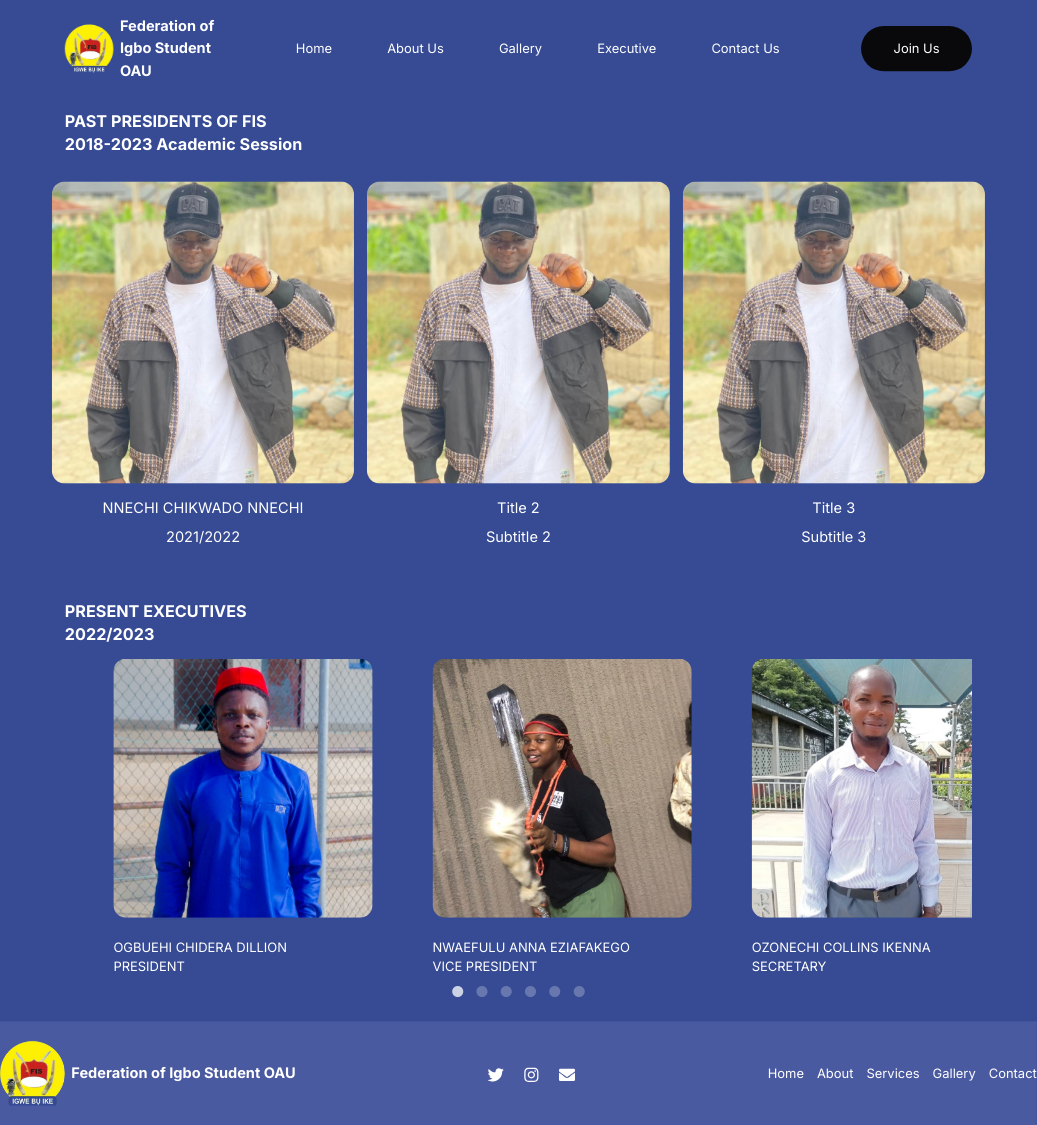
Repository: akinolapo/fis
Page: /executive
An editor plug-in stored every save of this project. The page is shown before and after the next save, followed by the edit.
The browser window is 1280 px wide. The pictures show the whole page, at 81% of full size.
The project was rebuilt for these pictures with package versions that can differ from the ones it lists, and the page was loaded fresh each time. The framework's server and built-in components were replaced by stand-ins that run in the browser. Also part of the build but not shown: next.config.mjs.

Above is the page before, as saved 2024-05-06 23:04:21.

### app/layout.tsx
import type { Metadata } from "next";
import { Inter } from "next/font/google";
import "./globals.css";
import Header from "./components/Header/Header";
import Head from "next/head";
import Footer from "./components/Footer/Footer";
import { NavMobile } from "./components/Header/MobileNav/NavMobile";



const inter = Inter({ subsets: ["latin"] });

export const metadata: Metadata = {
  title: "Federation of Igbo Student OAU",
  description: "Federation of Igbo Student OAU",
};

export default function RootLayout({
  children,
}: Readonly<{
  children: React.ReactNode;
}>) {
  return (
    <html lang="en">
       <Head>
        <meta charSet="utf-8" />
        <meta name="viewport" content="width=device-width, initial-scale=1" />
        <meta name="theme-color" content="#ffffff" />
        <link rel="manifest" href="/site.webmanifest" />
        <link rel="icon" href="/favicon.ico" />
        {/* Add any other meta tags you need */}
      </Head>
      <body className={inter.className}>
        <main className="px-6 lg:px-20">
        <Header/>
        <NavMobile/>
        {children}
        </main>
        <Footer/>
        </body>
    </html>
  );
}

### app/executive/page.tsx
import React from 'react'
import ThreeImagesWithTitles from '../components/ImageTitle/ThreeImagesWithTitles'
import Excos from '../components/Excos/Excos'

const page = () => {
  return (
    <div className='py-4'>
        <h3 className="font-bold text-xl">PAST PRESIDENTS OF FIS<br></br>2018-2023 Academic Session</h3>
        <ThreeImagesWithTitles/>
        <Excos/>
    </div>
  )
}

export default page

### app/globals.css
@tailwind base;
@tailwind components;
@tailwind utilities;z

*{
  margin: 0;
  padding: 0;
}

.bg-myDarkColor{
  background-color: #364B94;
}

.bg-myLightColor{
  background-color: #4A5AA1;
}

body {
  background: #364B94 !important;
  color: #ffffff !important;
}

footer{
  background: #4A5AA1 !important;
}

a {
  text-decoration: none !important;
  color: #ffffff !important;
}

footer a:hover{
  color: rgb(156 163 175);
}

@layer utilities {
  .text-balance {
    text-wrap: balance;
  }
}

### app/components/Header/Header.tsx
import Image from "next/image";

const Header = () => {
  return (
    <header className="hidden justify-between items-center py-4 text-white lg:flex">
      {/* Logo and Site Title */}
      <div className="flex items-center">
        <Image src="/logo.png" alt="Logo" width={60} height={60} className="mr-2"  />
        <h1 className="text-lg font-bold">Federation of <br></br>Igbo Student<br></br> OAU</h1>
      </div>

      {/* Menu */}
      <nav className="flex justify-center flex-grow">
        <ul className="flex gap-1">
          <a href="/"><li className="cursor-pointer hover:text-gray-400 p-8">Home</li></a>
          <a href="/about"><li className="cursor-pointer hover:text-gray-400 p-8">About Us</li></a>
          <a href="/gallery"><li className="cursor-pointer hover:text-gray-400 p-8">Gallery</li></a>
          <a href="/executive"><li className="cursor-pointer hover:text-gray-400 p-8">Executive</li></a>
          <a href="contact"><li className="cursor-pointer hover:text-gray-400 p-8">Contact Us</li></a>
        </ul>
      </nav>

      {/* Join Us Button */}
      <button className="rounded-full py-4 px-10 bg-zinc-950 hover:bg-black text-white">
        Join Us
      </button>
    </header>
  );
};

export default Header;

### app/components/Footer/Footer.tsx
// Footer.tsx

import { FaTwitter, FaInstagram, FaEnvelope } from "react-icons/fa";

const Footer = () => {
  return (
    <footer className="text-white py-6">
      <div className="container mx-auto flex flex-col md:flex-row justify-between items-center">
        {/* Left section with logo, site title, and contact info */}
        <div className="flex items-center mb-4 md:mb-0">
          <img src="/logo.png" alt="Logo" className="h-20 mr-2" />
          <div className="text-lg font-bold">Federation of Igbo Student OAU</div>
        </div>
        <div>
          {/* <h3>Contact Us</h3> */}
          <div className="flex flex-col">
            <div className="flex items-center mt-1">
              <a
                href="https://twitter.com/"
                target="_blank"
                rel="noopener noreferrer"
                className="mr-2 text-white bg-primary p-2 rounded-full"
              >
                <FaTwitter className="text-xl" />
              </a>
              <a
                href="https://www.instagram.com/"
                target="_blank"
                rel="noopener noreferrer"
                className="mr-2 text-white bg-primary p-2 rounded-full"
              >
                <FaInstagram className="text-xl" />
              </a>
              <a
                href="mailto:example@example.com"
                target="_blank"
                rel="noopener noreferrer"
                className="text-white bg-primary p-2 rounded-full"
              >
                <FaEnvelope className="text-xl" />
              </a>
            </div>
          </div>
        </div>

        {/* Right section with site menu items */}
        <div className="md:hidden mt-4">
          <ul className="flex flex-wrap justify-center">
            <li className="mr-4 mb-2">
              <a href="/">Home</a>
            </li>
            <li className="mr-4 mb-2">
              <a href="/about">About</a>
            </li>
            <li className="mr-4 mb-2">
              <a href="/gallery">Gallery</a>
            </li>
            <li className="mr-4 mb-2">
              <a href="executive">Excecutive</a>
            </li>
            <li className="mb-2">
              <a href="contact">Contact</a>
            </li>
          </ul>
        </div>
        {/* Right section with site menu items */}
        <div className="hidden md:block">
          <ul className="flex">
            <li className="mr-4">
              <a href="#">Home</a>
            </li>
            <li className="mr-4">
              <a href="#">About</a>
            </li>
            <li className="mr-4">
              <a href="#">Services</a>
            </li>
            <li className="mr-4">
              <a href="#">Gallery</a>
            </li>
            <li>
              <a href="#">Contact</a>
            </li>
          </ul>
        </div>
      </div>
    </footer>
  );
};

export default Footer;

### app/components/Header/MobileNav/NavMobile.tsx
'use client'

import { useClickAway } from "react-use";
import { useRef } from "react";
import { useState } from "react";
import { AnimatePresence, motion } from "framer-motion";
import { Squash as Hamburger } from "hamburger-react";
import { routes } from "./routes";
import Image from "next/image";

export const NavMobile = () => {
  const [isOpen, setOpen] = useState(false);
  const ref = useRef(null);

  useClickAway(ref, () => setOpen(false));

  return (
    <div ref={ref} className="flex items-center justify-between py-2 lg:hidden">
      <Image src="/logo.png" alt="Logo" width={60} height={60} className="mr-2"  />
      <Hamburger toggled={isOpen} size={20} toggle={setOpen} />
      <AnimatePresence>
        {isOpen && (
          <motion.div
            initial={{ opacity: 0 }}
            animate={{ opacity: 1 }}
            exit={{ opacity: 0 }}
            transition={{ duration: 0.2 }}
            className="fixed z-20 bg-myDarkColor left-0 shadow-4xl right-0 top-[4.5rem] p-4"
          >
            <ul className="grid gap-2">
              {routes.map((route, idx) => {

                return (
                  <motion.li
                    initial={{ scale: 0, opacity: 0 }}
                    animate={{ scale: 1, opacity: 1 }}
                    transition={{
                      type: "spring",
                      stiffness: 260,
                      damping: 20,
                      delay: 0.1 + idx / 10,
                    }}
                    key={route.title}
                    className="w-full p-[0.08rem] rounded-xl bg-primary "
                  >
                    <a
                      onClick={() => setOpen((prev) => !prev)}
                      className={
                        "flex items-center justify-between w-full p-3 rounded-xl bg-myLightColor text-white"
                      }
                      href={route.href}
                    >
                      <span className="flex gap-1 text-lg">{route.title}</span>
                    </a>
                  </motion.li>
                );
              })}
            </ul>
          </motion.div>
        )}
      </AnimatePresence>
    </div>
  );
};

### app/components/ImageTitle/ThreeImagesWithTitles.tsx

import ImageWithTitle from './ImageWithTitle';

const ThreeImagesWithTitles: React.FC = () => {
  return (
    <div className="container mx-auto py-8">
      <div className="flex gap-4 flex-col md:flex-row md:-mx-4">
        <ImageWithTitle
          imageSrc="/images/exc1.jpeg"
          title="NNECHI CHIKWADO NNECHI "
          subtitle="2021/2022"
        />
        <ImageWithTitle
          imageSrc="/images/exc1.jpeg"
          title="Title 2"
          subtitle="Subtitle 2"
        />
        <ImageWithTitle
          imageSrc="/images/exc1.jpeg"
          title="Title 3"
          subtitle="Subtitle 3"
        />
      </div>
    </div>
  );
};

export default ThreeImagesWithTitles;

### app/components/Excos/Excos.tsx
import React from 'react'
import Members from '../Slider/Members'

const Excos = () => {
  return (
    <div>
        <h3 className="font-bold text-xl mb-4">PRESENT EXECUTIVES<br></br> 2022/2023</h3>
        <Members/>
    </div>
  )
}

export default Excos

### app/components/Header/MobileNav/routes.ts
export const routes = [
    {
      title: "Home",
      href: "/",
    },
    {
      title: "About Us",
      href: "/about",
    },
    {
      title: "Gallery",
      href: "gallery",
    },
    {
      title: "Executive",
      href: "executive",
    },
    {
      title: "Contact Us",
      href: "contact",
    },
    {
      title: "Join Us",
      href: "#",
    },
  ];

### app/components/ImageTitle/ImageWithTitle.tsx
import Image from 'next/image';
import React from 'react';

interface ImageWithTitleProps {
  imageSrc: string;
  title: string;
  subtitle: string;
}

const ImageWithTitle: React.FC<ImageWithTitleProps> = ({ imageSrc, title, subtitle }) => {
  return (
    <div className="flex flex-col items-center mb-8 md:w-1/3">
      <Image src={imageSrc} alt={title} className="w-full h-auto mb-4 rounded-2xl" width={320} height={320} />
      <p className="text-lg mb-2">{title}</p>
      <p className="text-lg">{subtitle}</p>
    </div>
  );
};

export default ImageWithTitle;

### app/components/Slider/Members.tsx
'use client'

import React from 'react';
import Slider from 'react-slick';
import 'slick-carousel/slick/slick.css';
import 'slick-carousel/slick/slick-theme.css';

import './members.css'
import Image from 'next/image';

// Sample data for members
const membersData = [
  { id: 1, name: 'OGBUEHI CHIDERA DILLION', position: 'PRESIDENT', image: '/images/member1.jpg' },
  { id: 2, name: 'NWAEFULU ANNA EZIAFAKEGO', position: 'VICE PRESIDENT', image: '/images/member2.jpg' },
  { id: 3, name: 'OZONECHI COLLINS IKENNA', position: 'SECRETARY', image: '/images/member3.jpg' },
  { id: 4, name: 'UGWUEKE DANIEL IGWEBUIKE', position: 'FINANCIAL SECRETARY', image: '/images/member4.jpg' },
  { id: 5, name: 'OGONNAYA KELVIN', position: 'DIRECTOR OF SOCIALS ', image: '/images/member5.jpg' },
  { id: 6, name: 'UCHE U. DEBORAH', position: 'PUBLIC RELATIONS OFFICER', image: '/images/member6.jpg' },
  // Add more members here
];

const Members = () => {
  const settings = {
    dots: true,
    infinite: true,
    speed: 500,
    slidesToShow: 3, // Show 3 members at a time on desktop
    slidesToScroll: 1,
    arrows: false, // Hide arrow navigation
    responsive: [
      {
        breakpoint: 1024, // Tablet
        settings: {
          slidesToShow: 2, // Show 2 members at a time on tablet
        },
      },
      {
        breakpoint: 600, // Mobile
        settings: {
          slidesToShow: 1, // Show 1 member at a time on mobile
        },
      },
    ],
  };

  return (
    <div className='relative'>
      <Slider {...settings}>
        {membersData.map((member) => (
          <div key={member.id} className='mb-10'>
            <Image src={member.image} alt={member.name} width={320} height={320} className='rounded-2xl mb-6' />
            <h5>{member.name}</h5>
            <p>{member.position}</p>
          </div>
        ))}
      </Slider>
    </div>
  );
};

export default Members;

### app/components/Slider/members.css
  /* members.css */

/* Override default slider styles */
.slick-slider {
    width: 100%; /* Ensure the slider spans the full width of its container */
  }

  .slick-list {
    overflow: hidden; /* Hide overflow to prevent slider from extending beyond its container */
  }

  .slick-track {
    display: flex !important; /* Ensure the track uses flexbox layout */
  }

  .slick-slide {
    flex: 0 0 auto; /* Prevent slides from growing or shrinking */
    margin-right: 20px; /* Adjust the gap size between slides */
  }

  .slick-dots {
    position: absolute; /* Position the dots container absolutely */
    bottom: 10px; /* Adjust the vertical position as needed */
    left: 50%; /* Center the dots horizontally */
    transform: translateX(-50%); /* Center the dots horizontally */
    z-index: 1; /* Ensure dots are above the slides */
  }

  .slick-dots li {
    display: inline-block; /* Display dots horizontally */
  }

  .slick-dots li button:before {
    color: white !important; /* Change bullet dot color to white */
    font-size: 16px;
  }

  /* Adjust Image component styling */
  .Image {
    display: block;
    width: 100%;
    height: auto;
  }

Loaded but not shown: tailwind.config.ts (common file)

After the next save:
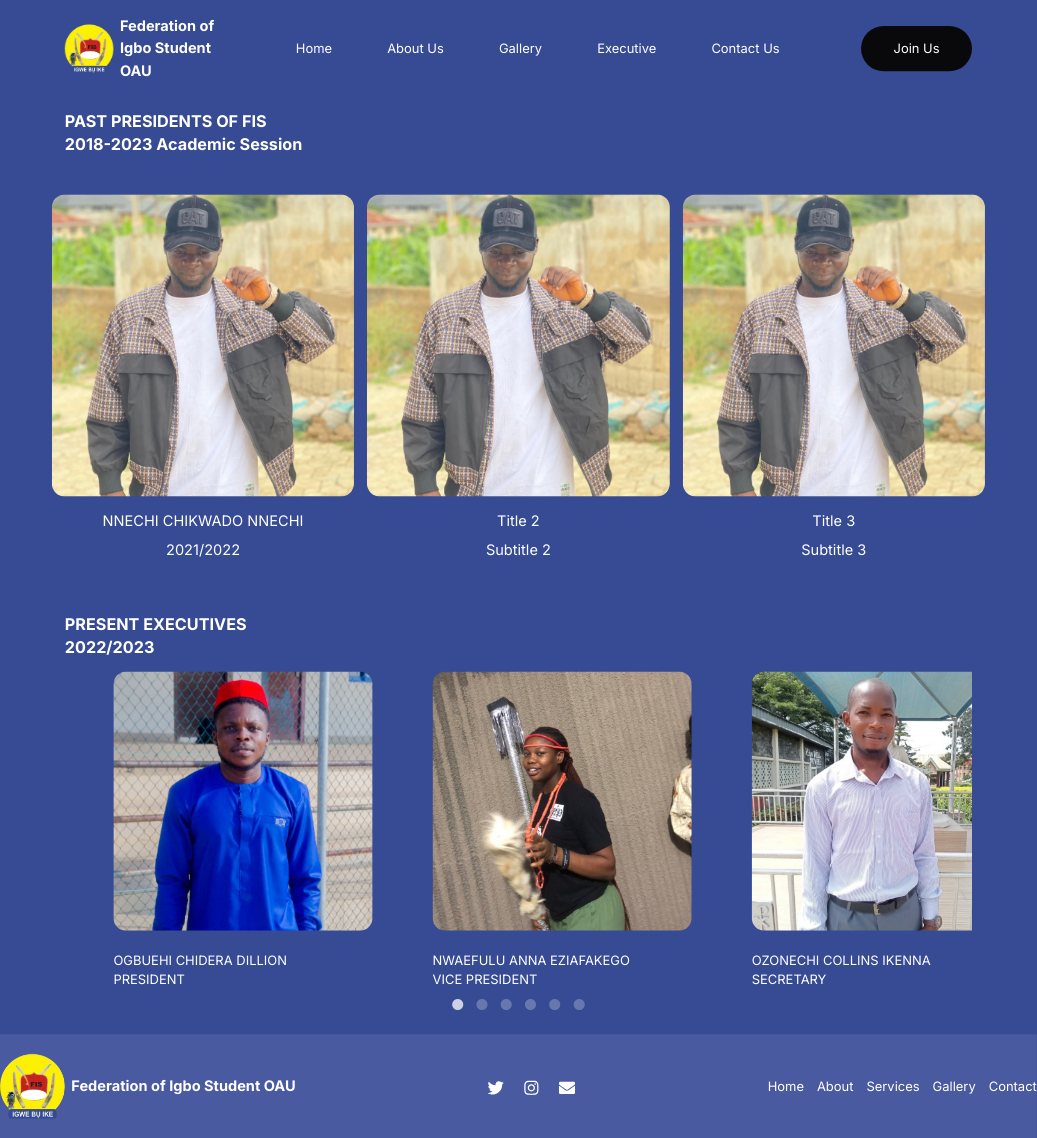
Saved 8 s later.
--- a/app/executive/page.tsx
+++ b/app/executive/page.tsx
@@ -5,7 +5,7 @@
 const page = () => {
   return (
     <div className='py-4'>
-        <h3 className="font-bold text-xl">PAST PRESIDENTS OF FIS<br></br>2018-2023 Academic Session</h3>
+        <h3 className="font-bold text-xl mb-4">PAST PRESIDENTS OF FIS<br></br>2018-2023 Academic Session</h3>
         <ThreeImagesWithTitles/>
         <Excos/>
     </div>

After the save that followed:
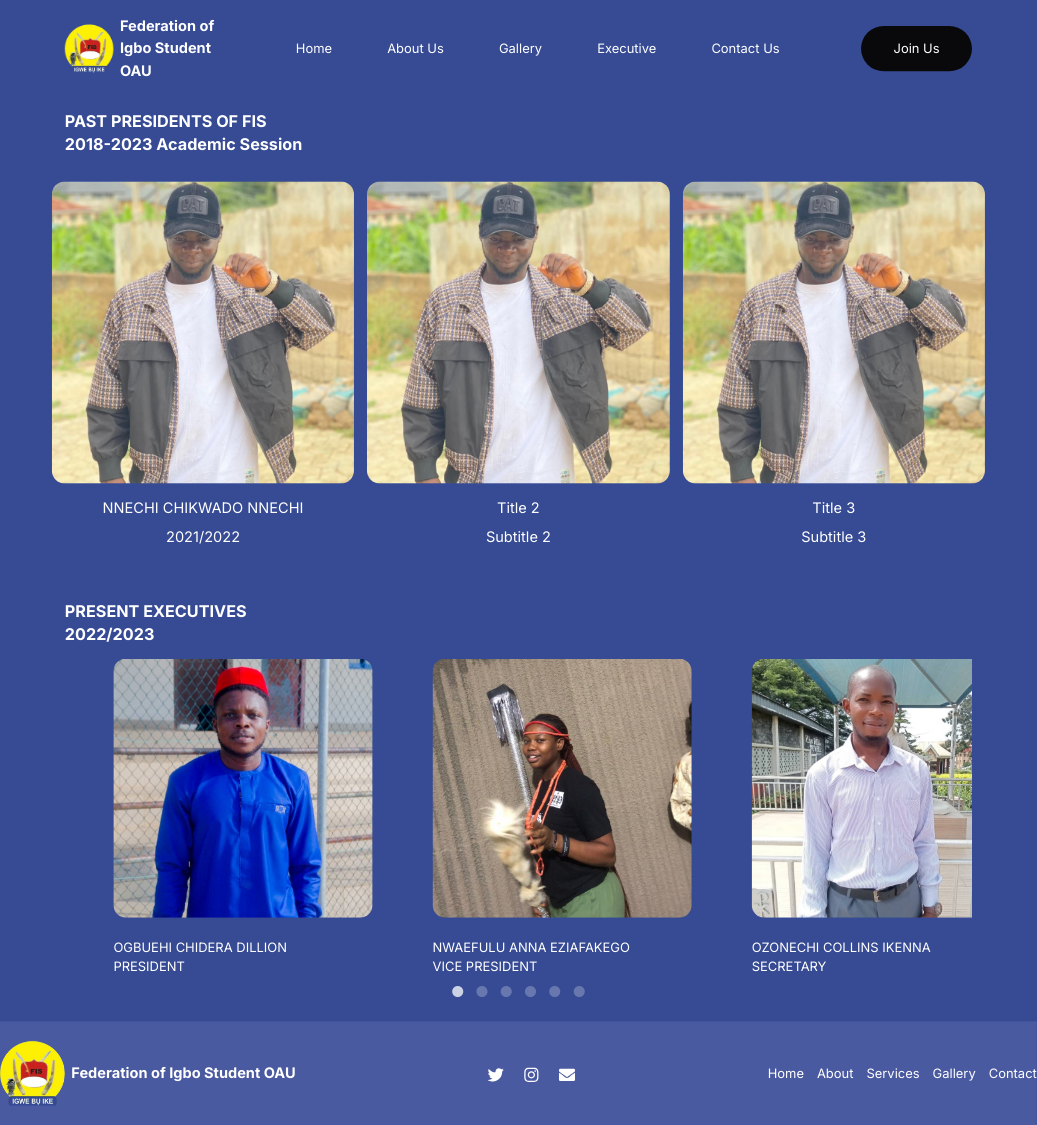
Saved 10 s later.
--- a/app/executive/page.tsx
+++ b/app/executive/page.tsx
@@ -5,7 +5,7 @@
 const page = () => {
   return (
     <div className='py-4'>
-        <h3 className="font-bold text-xl mb-4">PAST PRESIDENTS OF FIS<br></br>2018-2023 Academic Session</h3>
+        <h3 className="font-bold text-xl">PAST PRESIDENTS OF FIS<br></br>2018-2023 Academic Session</h3>
         <ThreeImagesWithTitles/>
         <Excos/>
     </div>
